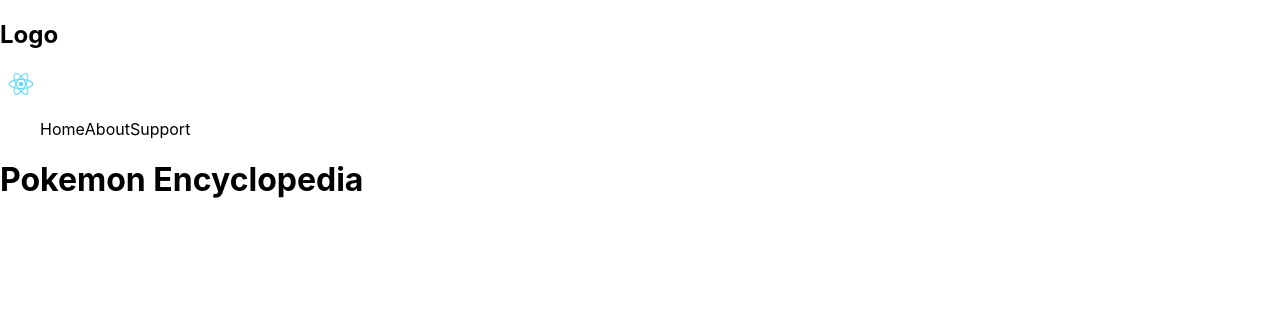
Repository: Gibberlin/pokedex
Page: /
An editor plug-in stored every save of this project. The page is shown before and after the next save, followed by the edit.
The browser window is 1280 px wide. The pictures show the whole page.
The project was rebuilt for these pictures with package versions that can differ from the ones it lists, and the page was loaded fresh each time.

Above is the page before, as saved 2021-09-28 22:26:55.

After the next save:
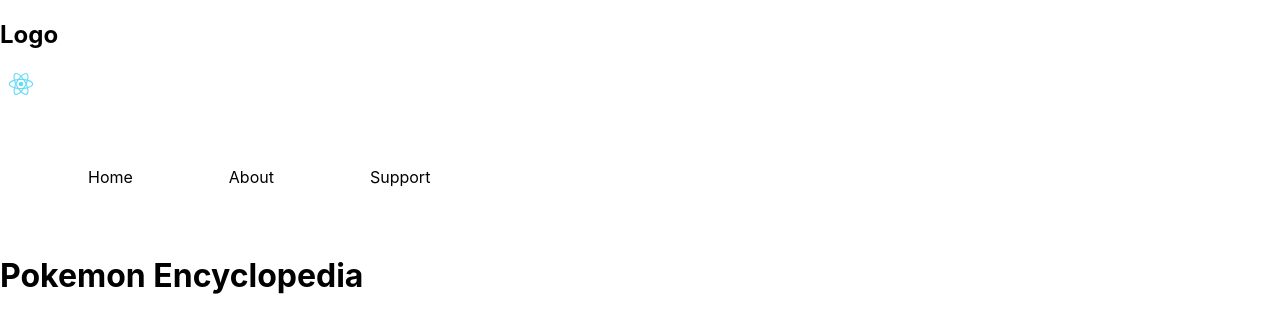
Saved 45 s later.
--- a/src/App.css
+++ b/src/App.css
@@ -2,3 +2,6 @@
   list-style-type: none;
   display: flex;
 }
+li {
+  margin: 3rem;
+}
